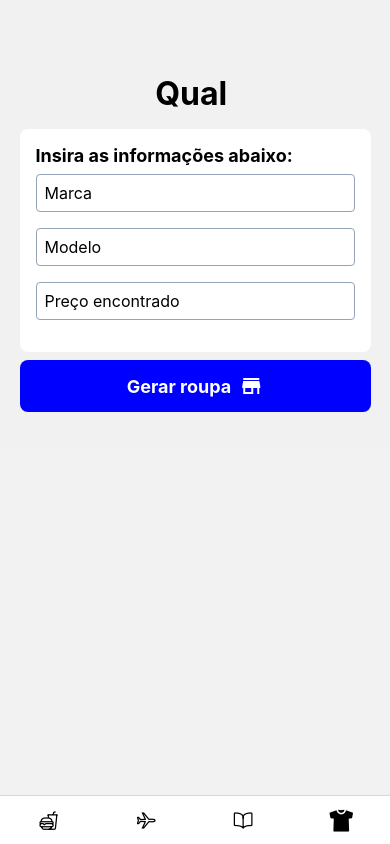
Repository: Matheus904-12/routes
Screen: /Roupas (app in roteamento/)
These files come from the project's save history. The screen is drawn as it stood at one moment and after a run of saves; the edit follows.
The app was drawn by React Native's web renderer in a window 390 px wide. The project was rebuilt for these pictures with package versions that can differ from the ones it lists, and the page was loaded fresh each time. Also part of the build but not shown: roteamento/pages/viagem.js, roteamento/pages/filmes.js.

Above is the screen before, as saved 2024-05-01 17:58:59.

### roteamento/App.tsx
import React from 'react';
import { NavigationContainer } from '@react-navigation/native';
import { Routes } from './routes';

export default function App() {
  return (
    <NavigationContainer>
      <Routes />
    </NavigationContainer>
  );
}

### roteamento/routes.js
import { createBottomTabNavigator } from "@react-navigation/bottom-tabs";
import { Viagem } from './pages/viagem';
import { Livros } from './pages/filmes';
import { Roupas } from './pages/roupas';
import { Receita } from './pages/receita';
import { Ionicons } from '@expo/vector-icons/'

const Tab = createBottomTabNavigator();

export function Routes() {
    return (
        <Tab.Navigator>
            <Tab.Screen
                name="Receita"
                component={Receita}
                options={{
                    tabBarShowLabel: false,
                    headerShown: false,
                    tabBarIcon: ({ focused }) => {
                        if (focused) {
                            return (<Ionicons size={25} color={"#000"} name="fast-food" />)
                        }
                        return (<Ionicons size={20} color={"#000"} name="fast-food-outline" />)
                    }
                }}
            />
            <Tab.Screen
                name="Viagem"
                component={Viagem}
                options={{
                    tabBarShowLabel: false,
                    headerShown: false,
                    tabBarIcon: ({ focused }) => {
                        if (focused) {
                            return (<Ionicons size={25} color={"#000"} name="airplane" />)
                        }
                        return (<Ionicons size={20} color={"#000"} name="airplane-outline" />)
                    }
                }}
            />
            <Tab.Screen
                name="Livros"
                component={Livros}
                options={{
                    tabBarShowLabel: false,
                    headerShown: false,
                    tabBarIcon: ({ focused }) => {
                        if (focused) {
                            return (<Ionicons size={25} color={"#000"} name="book" />)
                        }
                        return (<Ionicons size={20} color={"#000"} name="book-outline" />)
                    }
                }}
            />
            <Tab.Screen
                name="Roupas"
                component={Roupas}
                options={{
                    tabBarShowLabel: false,
                    headerShown: false,
                    tabBarIcon: ({ focused }) => {
                        if (focused) {
                            return (<Ionicons size={25} color={"#000"} name="shirt" />)
                        }
                        return (<Ionicons size={20} color={"#000"} name="shirt-outline" />)
                    }
                }}
            />
        </Tab.Navigator>
    )
}

### roteamento/pages/roupas.js
import React, { useState } from 'react';
import { StyleSheet, Text, View, TextInput, TouchableOpacity, Platform, StatusBar, ScrollView, ActivityIndicator, Alert, Keyboard } from 'react-native';
import { MaterialCommunityIcons } from '@expo/vector-icons';

const alturaStatusBar = StatusBar.currentHeight;
const KEY_GPT = 'SUA_CHAVE_DE_API';

export function Roupas() {

  const [load, defLoad] = useState(false);
  const [receita, defReceita] = useState("");

  const [ingr1, defIngr1] = useState("");
  const [ingr2, defIngr2] = useState("");
  const [ingr3, defIngr3] = useState("");
  const [ingr4, defIngr4] = useState("");
  const [ocasiao, defOcasiao] = useState("");

  async function gerarReceita() {
    if (ingr1 === "" || ingr2 === "" || ingr3 === "" || ingr4 === "" || ocasiao === "") {
      Alert.alert("Atenção", "Informe todas as informações!", [{ text: "Beleza!" }])
      return;
    }
    defReceita("");
    defLoad(true);
    Keyboard.dismiss();

    const prompt = `Sugira celulares, dicas personalizadas de sobre o dispositivo pesquisado com base na ${ocasiao} e preferencias de configuração: ${ingr1} e ${ingr2}, e pesquise lojas onlines e avaliações sobre o que celular entrega. Caso encontre vídeos no youtube, informe o link.`;

    fetch("https://api.openai.com/v1/chat/completions", {
      method: "POST",
      headers: {
        "Content-Type": "application/json",
        Authorization: `Bearer ${KEY_GPT}`
      },
      body: JSON.stringify({
        model: "gpt-3.5-turbo",
        messages: [
          {
            role: 'user',
            content: prompt
          }
        ],
        temperature: 0.20,
        max_tokens: 500,
        top_p: 1,
      })
    })
      .then(response => response.json())
      .then((data) => {
        console.log(data.choices[0].message.content);
        defReceita(data.choices[0].message.content)
      })
      .catch((error) => {
        console.log(error);
      })
      .finally(() => {
        defLoad(false);
      })
  }

  return (
    <ScrollView>
         <View style={ESTILOS.container}>
      <StatusBar barStyle="dark-content" translucent={true} backgroundColor="#F1F1F1" />
      <Text style={ESTILOS.header}>Qual </Text>
      <View style={ESTILOS.form}>
        <Text style={ESTILOS.label}>Insira as informações abaixo:</Text>
        <TextInput
          placeholder="Marca"
          style={ESTILOS.input}
          value={ingr1}
          onChangeText={(texto) => defIngr1(texto)}
        />
        <TextInput
          placeholder="Modelo"
          style={ESTILOS.input}
          value={ingr2}
          onChangeText={(texto) => defIngr2(texto)}
        />
        <TextInput
          placeholder="Preço encontrado"
          style={ESTILOS.input}
          value={ocasiao}
          onChangeText={(texto) => defOcasiao(texto)}
        />
      </View>

      <TouchableOpacity style={ESTILOS.button} onPress={gerarReceita}>
        <Text style={ESTILOS.buttonText}>Gerar roupa</Text>
        <MaterialCommunityIcons name="store" size={24} color="#FFF" />
      </TouchableOpacity>

      <ScrollView contentContainerStyle={{ paddingBottom: 24, marginTop: 4, }} style={ESTILOS.containerScroll} showsVerticalScrollIndicator={false} >
        {load && (
          <View style={ESTILOS.content}>
            <Text style={ESTILOS.title}>Procurando roupas...</Text>
            <ActivityIndicator color="#000" size="large" />
          </View>
        )}

        {receita && (
          <View style={ESTILOS.content}>
            <Text style={ESTILOS.title}>A roupa ideal aqui 👇</Text>
            <Text style={{ lineHeight: 24 }}>{receita} </Text>
          </View>
        )}
      </ScrollView>
    </View>
    </ScrollView>
  );
}

const ESTILOS = StyleSheet.create({
  container: {
    flex: 1,
    backgroundColor: '#f1f1f1',
    alignItems: 'center',
    paddingTop: 20,
  },
  header: {
    fontSize: 32,
    fontWeight: 'bold',
    paddingTop: Platform.OS === 'android' ? alturaStatusBar : 54
  },
  form: {
    backgroundColor: '#FFF',
    width: '90%',
    borderRadius: 8,
    padding: 16,
    marginTop: 16,
    marginBottom: 8,
  },
  label: {
    fontWeight: 'bold',
    fontSize: 18,
    marginBottom: 8,
  },
  input: {
    borderWidth: 1,
    borderRadius: 4,
    borderColor: '#94a3b8',
    padding: 8,
    fontSize: 16,
    marginBottom: 16,
  },
  button: {
    backgroundColor: 'blue',
    width: '90%',
    borderRadius: 8,
    flexDirection: 'row',
    padding: 14,
    justifyContent: 'center',
    alignItems: 'center',
    gap: 8,
  },
  buttonText: {
    fontSize: 18,
    color: '#FFF',
    fontWeight: 'bold'
  },
  content: {
    backgroundColor: '#FFF',
    padding: 16,
    width: '100%',
    marginTop: 16,
    borderRadius: 8,
  },
  title: {
    fontSize: 18,
    fontWeight: 'bold',
    textAlign: 'center',
    marginBottom: 14
  },
  containerScroll: {
    width: '90%',
    marginTop: 8,
  }
});

### roteamento/pages/receita.js
import React, { useState } from 'react';
import { StyleSheet, Text, View, TextInput, TouchableOpacity, Platform, StatusBar, ScrollView, ActivityIndicator, Alert, Keyboard } from 'react-native';
import { MaterialCommunityIcons } from '@expo/vector-icons';

const alturaStatusBar = StatusBar.currentHeight;
const KEY_GPT = 'SUA_CHAVE_DE_API';

export function Receita() {

    const [load, defLoad] = useState(false);
    const [receita, defReceita] = useState("");

    const [ingr1, defIngr1] = useState("");
    const [ingr2, defIngr2] = useState("");
    const [ingr3, defIngr3] = useState("");
    const [ingr4, defIngr4] = useState("");
    const [ocasiao, defOcasiao] = useState("");

    async function gerarReceita() {
        if (ingr1 === "" || ingr2 === "" || ingr3 === "" || ingr4 === "" || ocasiao === "") {
            Alert.alert("Atenção", "Informe todos os ingredientes!", [{ text: "Beleza!" }])
            return;
        }
        defReceita("");
        defLoad(true);
        Keyboard.dismiss();

        const prompt = `Sugira uma receita detalhada para o ${ocasiao} usando os ingredientes: ${ingr1}, ${ingr2}, ${ingr3} e ${ingr4} e pesquise a receita no YouTube. Caso encontre, informe o link.`;

        fetch("https://api.openai.com/v1/chat/completions", {
            method: "POST",
            headers: {
                "Content-Type": "application/json",
                Authorization: `Bearer ${KEY_GPT}`
            },
            body: JSON.stringify({
                model: "gpt-3.5-turbo",
                messages: [
                    {
                        role: 'user',
                        content: prompt
                    }
                ],
                temperature: 0.20,
                max_tokens: 500,
                top_p: 1,
            })
        })
            .then(response => response.json())
            .then((data) => {
                console.log(data.choices[0].message.content);
                defReceita(data.choices[0].message.content)
            })
            .catch((error) => {
                console.log(error);
            })
            .finally(() => {
                defLoad(false);
            })
    }

    return (
        <ScrollView>
            <View style={ESTILOS.container}>
                <StatusBar barStyle="dark-content" translucent={true} backgroundColor="#F1F1F1" />
                <Text style={ESTILOS.header}>Receitas Fáceis</Text>
                <View style={ESTILOS.form}>
                    <Text style={ESTILOS.label}>Insira os ingredientes abaixo:</Text>
                    <TextInput
                        placeholder="Ingrediente 1"
                        style={ESTILOS.input}
                        value={ingr1}
                        onChangeText={(texto) => defIngr1(texto)}
                    />
                    <TextInput
                        placeholder="Ingrediente 2"
                        style={ESTILOS.input}
                        value={ingr2}
                        onChangeText={(texto) => defIngr2(texto)}
                    />
                    <TextInput
                        placeholder="Ingrediente 3"
                        style={ESTILOS.input}
                        value={ingr3}
                        onChangeText={(texto) => defIngr3(texto)}
                    />
                    <TextInput
                        placeholder="Ingrediente 4"
                        style={ESTILOS.input}
                        value={ingr4}
                        onChangeText={(texto) => defIngr4(texto)}
                    />
                    <TextInput
                        placeholder="Almoço ou Jantar"
                        style={ESTILOS.input}
                        value={ocasiao}
                        onChangeText={(texto) => defOcasiao(texto)}
                    />
                </View>

                <TouchableOpacity style={ESTILOS.button} onPress={gerarReceita}>
                    <Text style={ESTILOS.buttonText}>Gerar receita</Text>
                    <MaterialCommunityIcons name="food-variant" size={24} color="#FFF" />
                </TouchableOpacity>

                <ScrollView contentContainerStyle={{ paddingBottom: 24, marginTop: 4, }} style={ESTILOS.containerScroll} showsVerticalScrollIndicator={false} >
                    {load && (
                        <View style={ESTILOS.content}>
                            <Text style={ESTILOS.title}>Produzindo receita...</Text>
                            <ActivityIndicator color="#000" size="large" />
                        </View>
                    )}

                    {receita && (
                        <View style={ESTILOS.content}>
                            <Text style={ESTILOS.title}>Sua receita 👇</Text>
                            <Text style={{ lineHeight: 24 }}>{receita} </Text>
                        </View>
                    )}
                </ScrollView>
            </View>
        </ScrollView>
    );
}

const ESTILOS = StyleSheet.create({
    container: {
        flex: 1,
        alignItems: 'center',
        paddingTop: 20,
    },
    header: {
        fontSize: 32,
        fontWeight: 'bold',
        paddingTop: Platform.OS === 'android' ? alturaStatusBar : 54
    },
    form: {
        backgroundColor: '#FFF',
        width: '90%',
        borderRadius: 8,
        padding: 16,
        marginTop: 16,
        marginBottom: 8,
    },
    label: {
        fontWeight: 'bold',
        fontSize: 18,
        marginBottom: 8,
    },
    input: {
        borderWidth: 1,
        borderRadius: 4,
        borderColor: '#94a3b8',
        padding: 8,
        fontSize: 16,
        marginBottom: 16,
    },
    button: {
        backgroundColor: 'blue',
        width: '90%',
        borderRadius: 8,
        flexDirection: 'row',
        padding: 14,
        justifyContent: 'center',
        alignItems: 'center',
        gap: 8,
    },
    buttonText: {
        fontSize: 18,
        color: '#FFF',
        fontWeight: 'bold'
    },
    content: {
        backgroundColor: '#FFF',
        padding: 16,
        width: '100%',
        marginTop: 16,
        borderRadius: 8,
    },
    title: {
        fontSize: 18,
        fontWeight: 'bold',
        textAlign: 'center',
        marginBottom: 14
    },
    containerScroll: {
        width: '90%',
        marginTop: 8,
    }
});

After the next 3 saves:
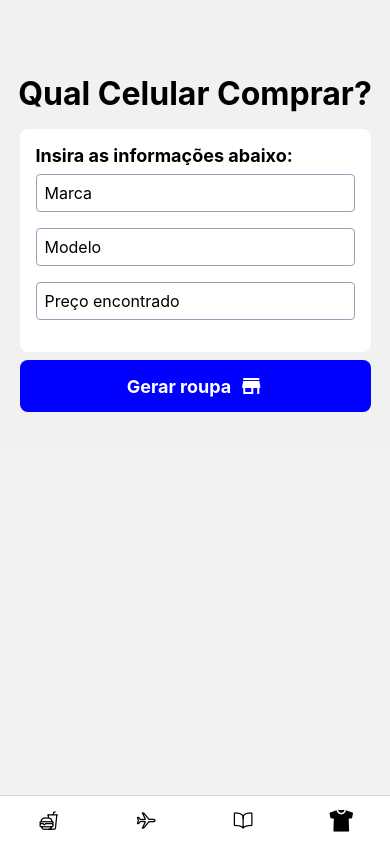
The 3 saves are shown as one change because they came seconds apart.
The last was saved 10 s later.
--- a/roteamento/pages/roupas.js
+++ b/roteamento/pages/roupas.js
@@ -63,7 +63,7 @@ export function Roupas() {
     <ScrollView>
          <View style={ESTILOS.container}>
       <StatusBar barStyle="dark-content" translucent={true} backgroundColor="#F1F1F1" />
-      <Text style={ESTILOS.header}>Qual </Text>
+      <Text style={ESTILOS.header}>Qual Celular Comprar?</Text>
       <View style={ESTILOS.form}>
         <Text style={ESTILOS.label}>Insira as informações abaixo:</Text>
         <TextInput
